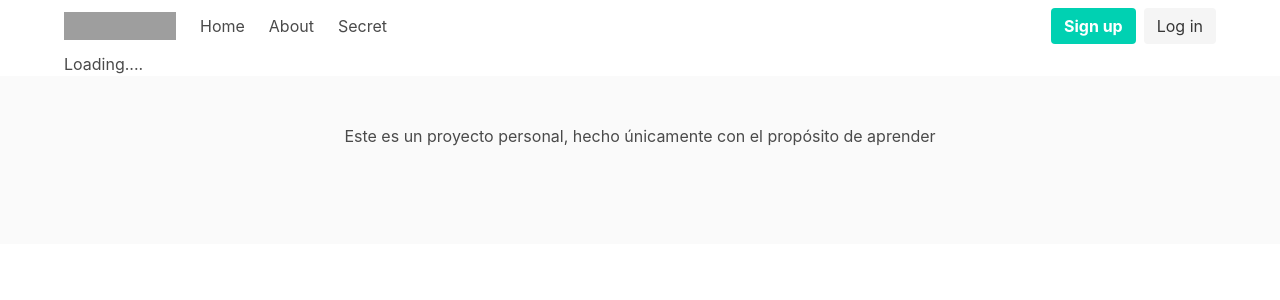
Repository: bombiux/app-sismo
Page: index.html
An editor plug-in stored every save of this project. The page is shown before and after a run of saves, followed by the edit.
The browser window is 1280 px wide. The pictures show the whole page.
Pictures or frames that could not be fetched are drawn as grey boxes. The page's requests for data from a server got no answer. Some web libraries are served in a nearby version.

Above is the page before, as saved 2020-03-23 23:21:07.
Console error: TypeError: Cannot read properties of undefined (reading 'map')

After the next 2 saves:
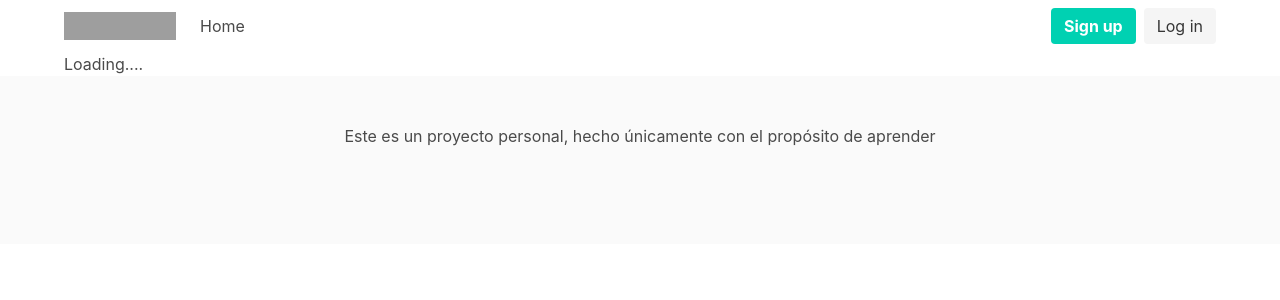
The 2 saves are shown as one change because they came seconds apart.
The last was saved 41 s later.
--- a/views/components/Navbar.js
+++ b/views/components/Navbar.js
@@ -19,12 +19,6 @@ let Navbar = {
                         <div class="navbar-start">
                             <a class="navbar-item" href="/#/">
                                 Home
-                            </a>
-                            <a class="navbar-item" href="/#/about">
-                                About
-                            </a>
-                            <a class="navbar-item" href="/#/secret">
-                                Secret
                             </a>
                         </div>
                         <div class="navbar-end">
